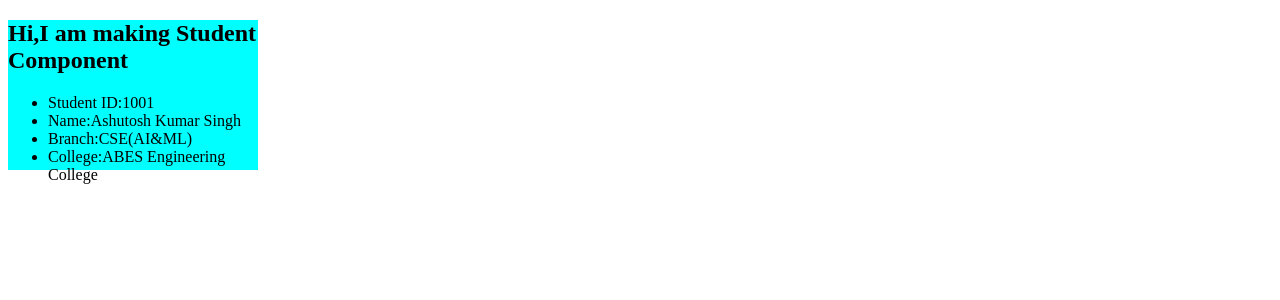
Repository: ashurauza/FSD_Sem5
Page: / (app in FSD_Sem5/CSS/ReactRevisionDOM/)
The author's editor kept a copy of each file at every save. The page is drawn from the files as they stood at one save, then again after a run of saves.
The browser window is 1280 px wide. The pictures show the whole page.
The project was rebuilt for these pictures with package versions that can differ from the ones it lists, and the page was loaded fresh each time.

Above is the page before, as saved 2025-10-27 09:29:53.

### FSD_Sem5/CSS/ReactRevisionDOM/index.html
<!DOCTYPE html>
<html lang="en">
<head>
    <meta charset="UTF-8">
    <meta name="viewport" content="width=device-width, initial-scale=1.0">
    <title>RevisionDOM</title>
</head>
<body>
    <div id="parent"></div>
    <script src="https://unpkg.com/react@18/umd/react.development.js" crossorigin></script>
    <script src="https://unpkg.com/react-dom@18/umd/react-dom.development.js" crossorigin></script>
    <script src="student.jsx" type="module"></script>

</body>
</html>

### FSD_Sem5/CSS/ReactRevisionDOM/student.jsx



const parent = document.getElementById("parent");
const root = ReactDOM.createRoot(parent);


const h21=<h2>
    Hi,I am making Student Component
</h2>
const li11=<li>Student ID:1001</li>
const li22=<li>Name:Ashutosh Kumar Singh</li>
const li33=<li>Branch:CSE(AI&ML)</li>
const li44=<li>College:ABES Engineering College</li>
const ul1=<ul>{[li11,li22,li33,li44]}</ul>
const wrapper1=(
    <>
    {h21}
    {ul1}
    </>
)

const wrapper = React.createElement("div", {style: {height:150,width:250,backgroundColor: 'cyan'}}, [h21, ul1]);

root.render(wrapper);

After the next 2 saves:
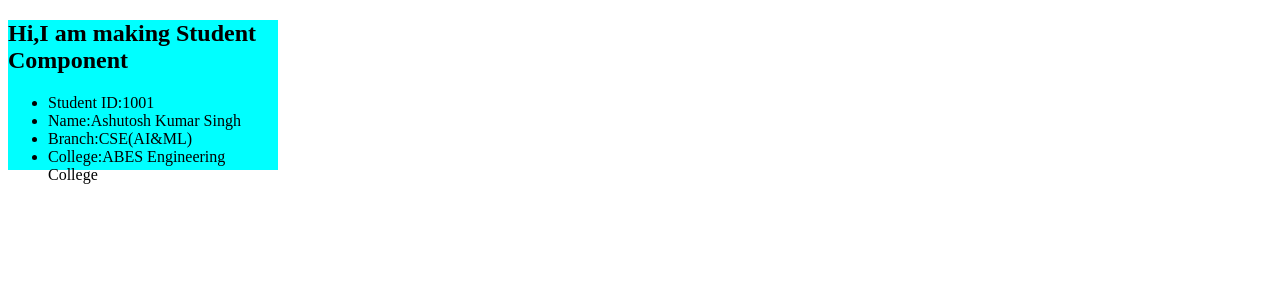
The 2 saves are shown as one change because they came seconds apart.
The last was saved 6 s later.
--- a/FSD_Sem5/CSS/ReactRevisionDOM/student.jsx
+++ b/FSD_Sem5/CSS/ReactRevisionDOM/student.jsx
@@ -20,6 +20,6 @@ const wrapper1=(
     </>
 )
 
-const wrapper = React.createElement("div", {style: {height:150,width:250,backgroundColor: 'cyan'}}, [h21, ul1]);
+const wrapper = React.createElement("div", {style: {height:150,width:270,backgroundColor: 'cyan'}}, [h21, ul1]);
 
 root.render(wrapper);
